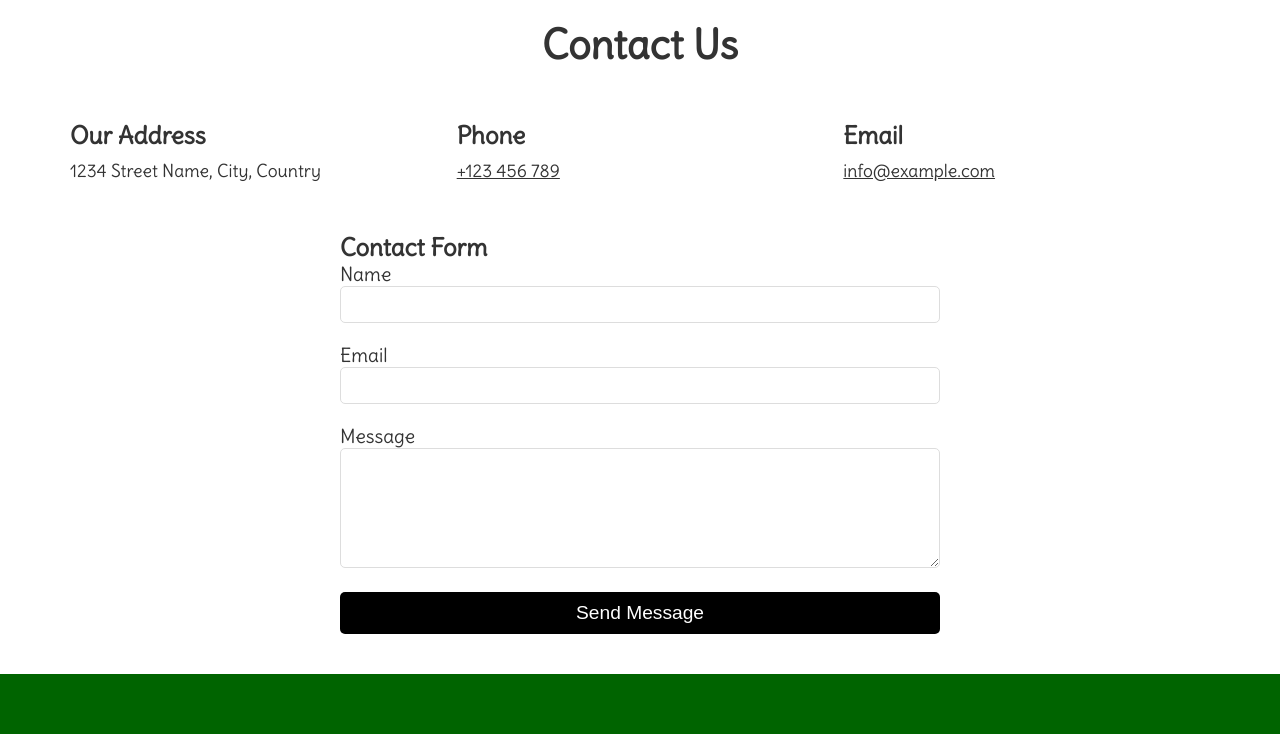
Repository: leerichie/kozi
Page: index.html
The author's editor kept a copy of each file at every save. The page is drawn from the files as they stood at one save, then again after the next save.
The browser window is 1280 px wide. The pictures show the part of the page from y = 177 to 911 px (the page is 1050 px tall).
A picture or video elsewhere on the page could not be fetched, so the positions and the page height are approximate.

Above is the page before, as saved 2024-10-24 19:33:47.

After the next save:
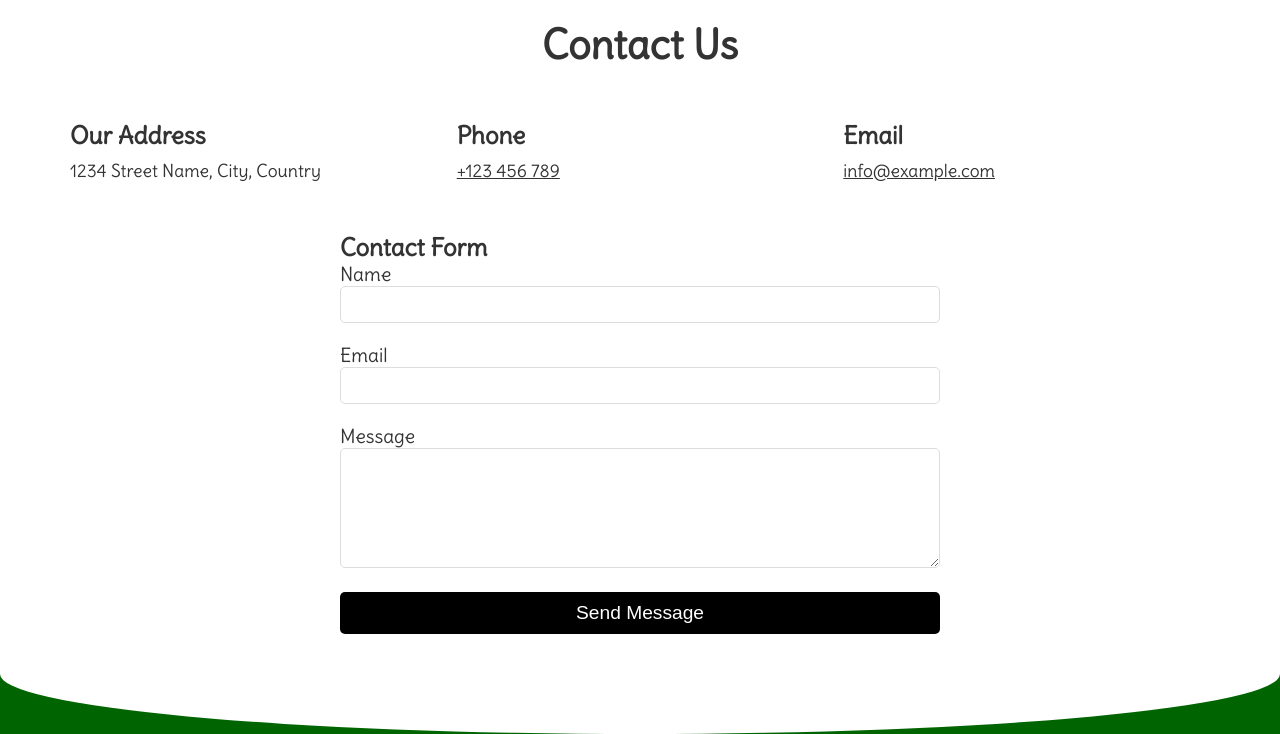
Saved 18 s later.
--- a/css/styles.css
+++ b/css/styles.css
@@ -245,7 +245,7 @@ textarea {
   left: 0;
   width: 100%;
   height: 120px;
-  background-color: fff;
+  background-color: #fff;
   border-radius: 0 0 100% 100%;
   z-index: 0; /* Keep the shape behind the content */
 }
